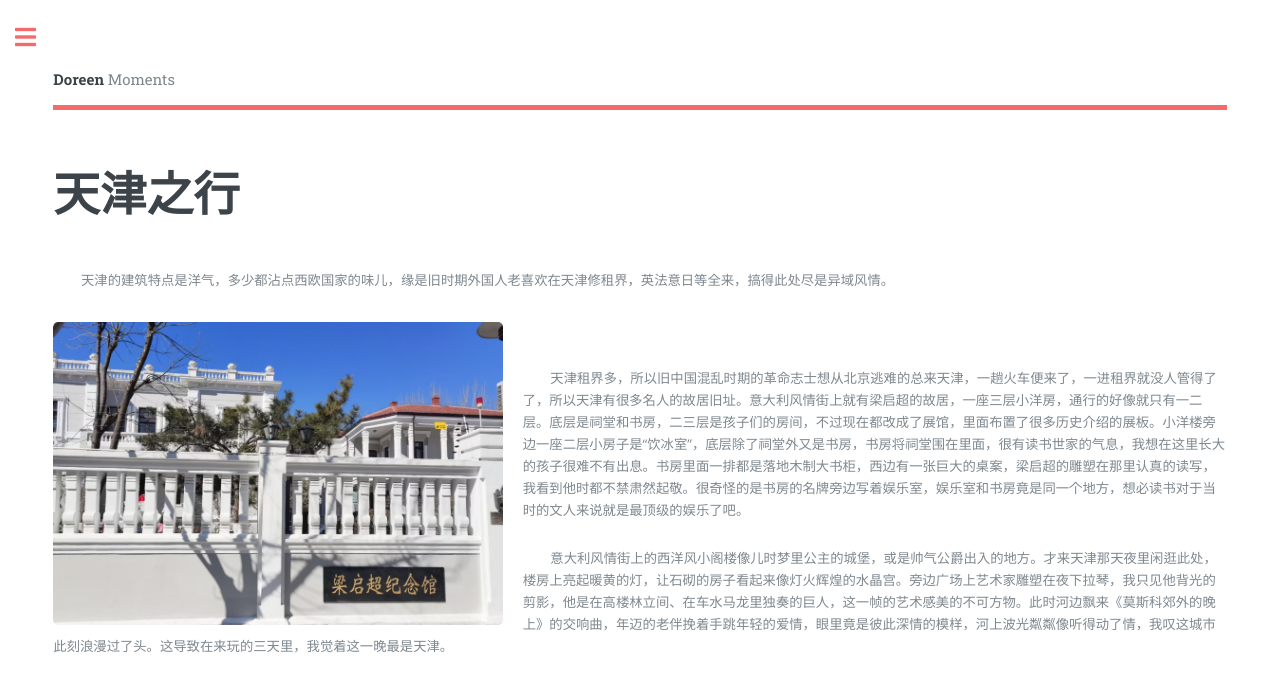
Repository: Hpz3859/Hpz3859.github.io
Page: tianjin_2023_02.html
An editor plug-in stored every save of this project. The page is shown before and after the next save, followed by the edit.
The browser window is 1280 px wide. The pictures show the whole page.

Above is the page before, as saved 2025-03-19 19:53:22.

After the next save:
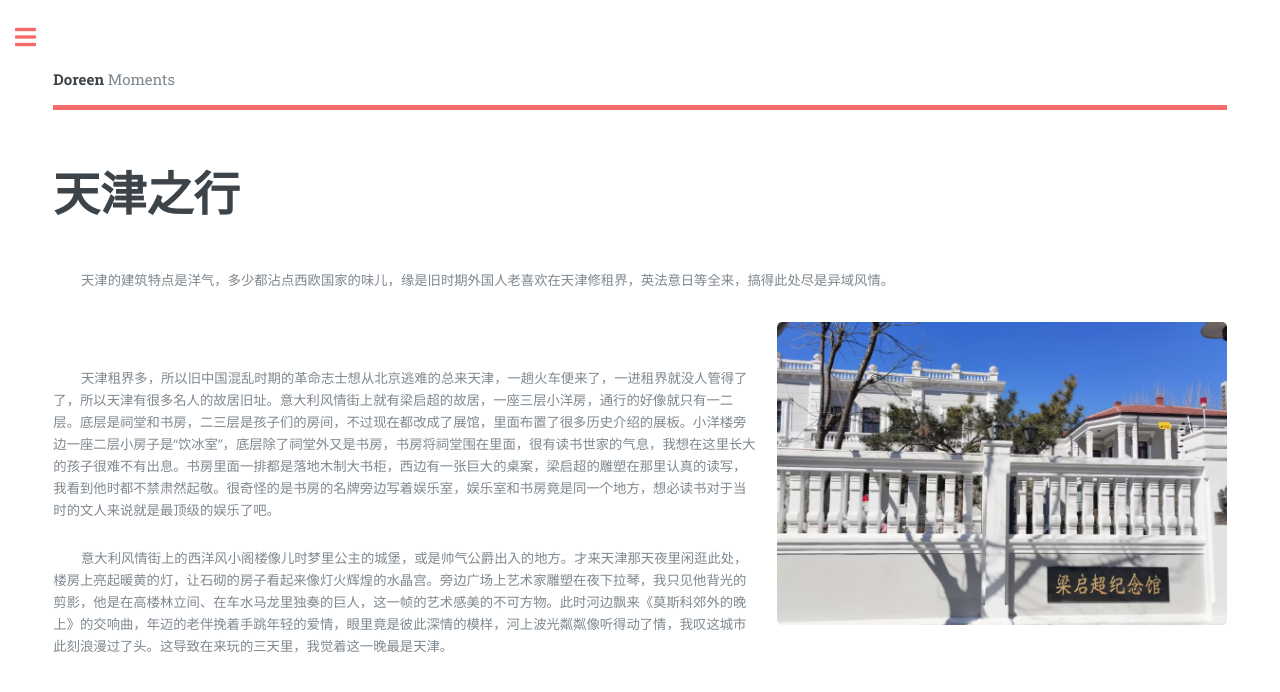
Saved 20 s later.
--- a/tianjin_2023_02.html
+++ b/tianjin_2023_02.html
@@ -35,7 +35,7 @@
 									<p>&nbsp;&nbsp;&nbsp;&nbsp;&nbsp;&nbsp;&nbsp;&nbsp;天津的建筑特点是洋气，多少都沾点西欧国家的味儿，缘是旧时期外国人老喜欢在天津修租界，英法意日等全来，搞得此处尽是异域风情。</p>
 
 									<p>
-										<span class="image left"><img src="images/tianjin_1.jpg" alt="" /></span>
+										<span class="image right"><img src="images/tianjin_1.jpg" alt="" /></span>
 										<p>&nbsp;</p>
 										&nbsp;&nbsp;&nbsp;&nbsp;&nbsp;&nbsp;&nbsp;&nbsp;天津租界多，所以旧中国混乱时期的革命志士想从北京逃难的总来天津，一趟火车便来了，一进租界就没人管得了了，所以天津有很多名人的故居旧址。意大利风情街上就有梁启超的故居，一座三层小洋房，通行的好像就只有一二层。底层是祠堂和书房，二三层是孩子们的房间，不过现在都改成了展馆，里面布置了很多历史介绍的展板。小洋楼旁边一座二层小房子是“饮冰室”，底层除了祠堂外又是书房，书房将祠堂围在里面，很有读书世家的气息，我想在这里长大的孩子很难不有出息。书房里面一排都是落地木制大书柜，西边有一张巨大的桌案，梁启超的雕塑在那里认真的读写，我看到他时都不禁肃然起敬。很奇怪的是书房的名牌旁边写着娱乐室，娱乐室和书房竟是同一个地方，想必读书对于当时的文人来说就是最顶级的娱乐了吧。
 									</p>
